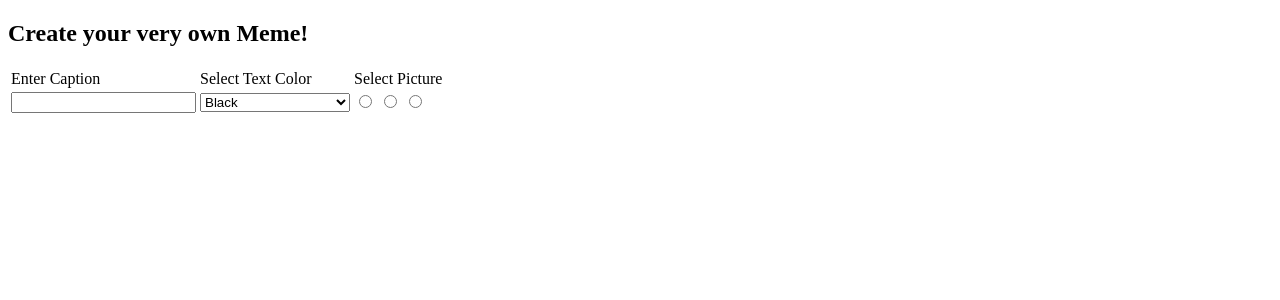
Repository: HyveMynd/htdocs
Page: http://localhost/
An editor plug-in stored every save of this project. The page is shown before and after the next save, followed by the edit.
The browser window is 1280 px wide. The pictures show the whole page.
Some web libraries are served in a nearby version. The page is run by PHP 8.4 with error messages shown; the project is at /var/www/html/.

Above is the page before, as saved 2013-01-27 19:19:36.

After the next save:
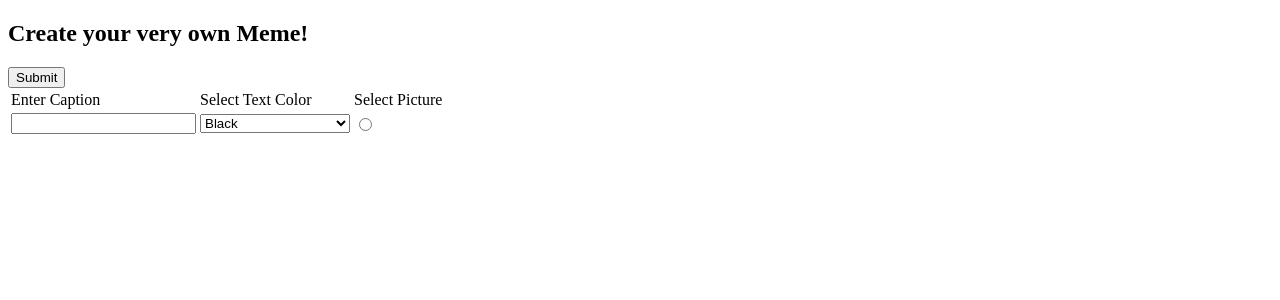
Saved 86 s later.
--- a/PS2/index.php
+++ b/PS2/index.php
@@ -27,10 +27,11 @@
 				</td>
 				<td>
 					<input type="radio" value='Philosyraptor' />
-					<input type="radio" value='HellYea' />
-					<input type="radio" value='OhBoy' />
+
 				</td>
 			</tr>
+			<tr>
+				<input type="button" value="Submit" onclick="submit();" />
 		</table>
 	</form>
 </body>
